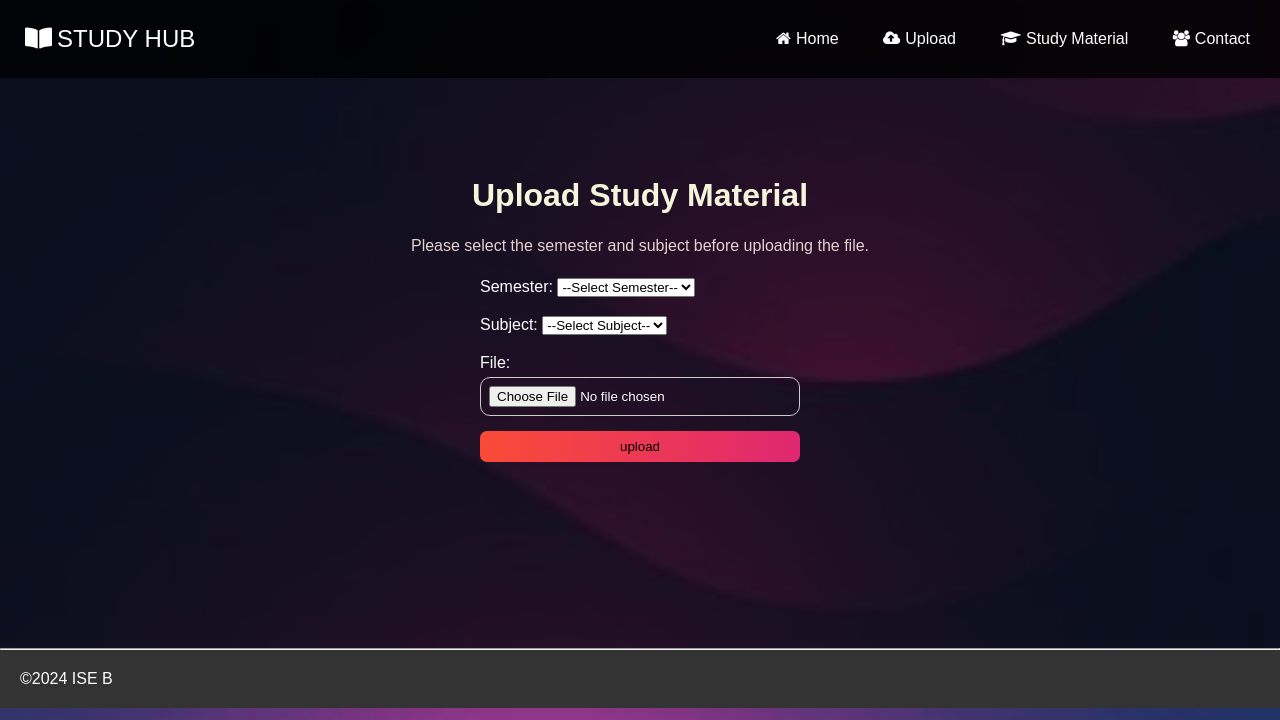
Repository: Acharya-Keerthana/Education
Page: upload.html
These files come from the project's save history. The page is drawn as it stood at one moment and after the next save; the edit follows.
The browser window is 1280 px wide. The pictures show the whole page.
Backgrounds fixed to the window are drawn as part of the page.

Above is the page before, as saved 2024-04-11 15:44:27.

After the next save:
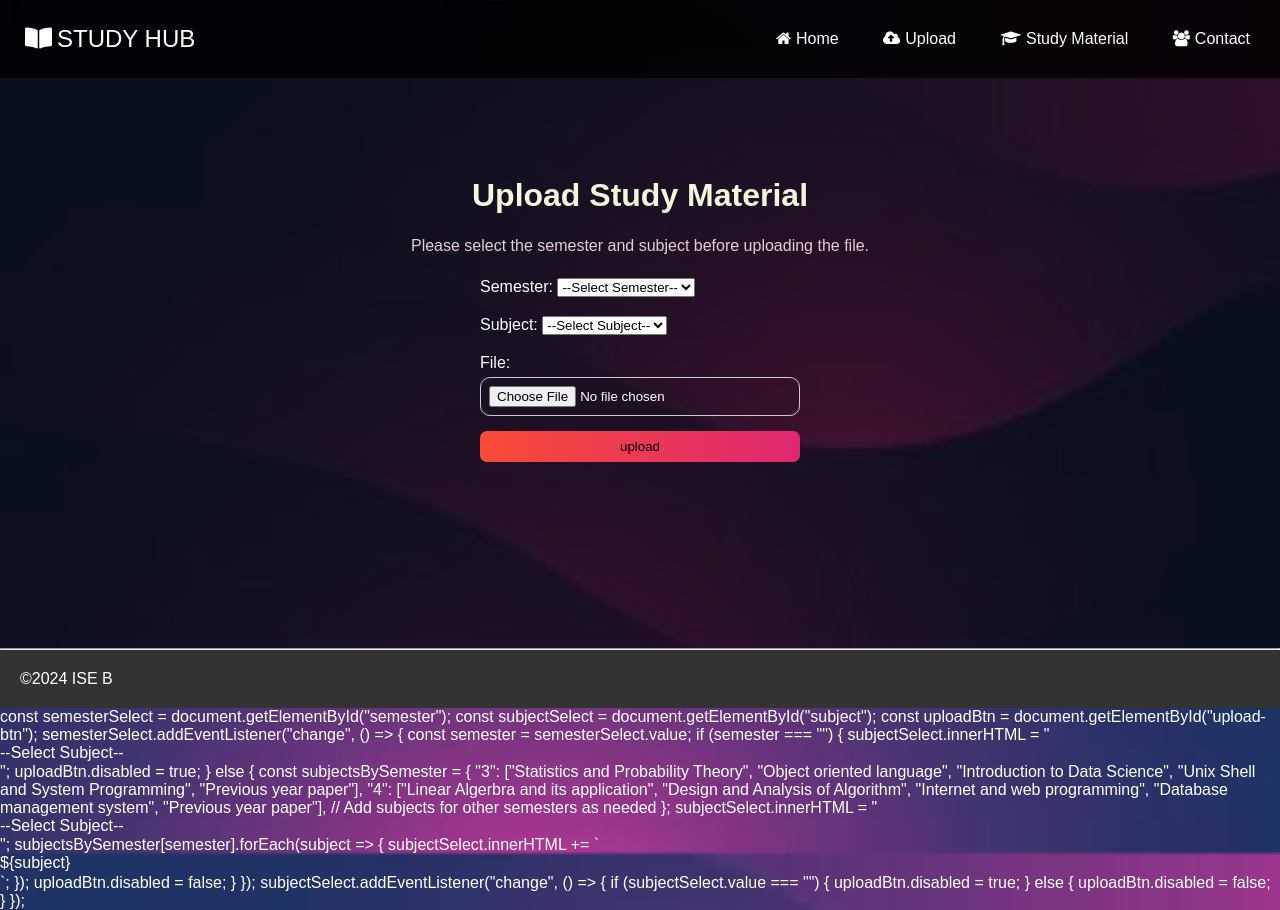
Saved 33 s later.
--- a/upload.html
+++ b/upload.html
@@ -57,6 +57,38 @@
     <footer>
     &copy;2024 ISE B
     </footer>
-<script src="upload.js"></script>
+
+    const semesterSelect = document.getElementById("semester");
+    const subjectSelect = document.getElementById("subject");
+    const uploadBtn = document.getElementById("upload-btn");
+
+    semesterSelect.addEventListener("change", () => {
+        const semester = semesterSelect.value;
+        if (semester === "") {
+            subjectSelect.innerHTML = "<option value=''>--Select Subject--</option>";
+            uploadBtn.disabled = true;
+        } else {
+            const subjectsBySemester = {
+                "3": ["Statistics and Probability Theory", "Object oriented language", "Introduction to Data Science", "Unix Shell and System Programming", "Previous year paper"],
+                "4": ["Linear Algerbra and its application", "Design and Analysis of Algorithm", "Internet and web programming", "Database management system", "Previous year paper"],
+                // Add subjects for other semesters as needed
+            };
+
+            subjectSelect.innerHTML = "<option value=''>--Select Subject--</option>";
+            subjectsBySemester[semester].forEach(subject => {
+                subjectSelect.innerHTML += `<option value="${subject}">${subject}</option>`;
+            });
+            uploadBtn.disabled = false;
+        }
+    });
+
+    subjectSelect.addEventListener("change", () => {
+        if (subjectSelect.value === "") {
+            uploadBtn.disabled = true;
+        } else {
+            uploadBtn.disabled = false;
+        }
+    });
+
 </body>
 </html>

After the save that followed:
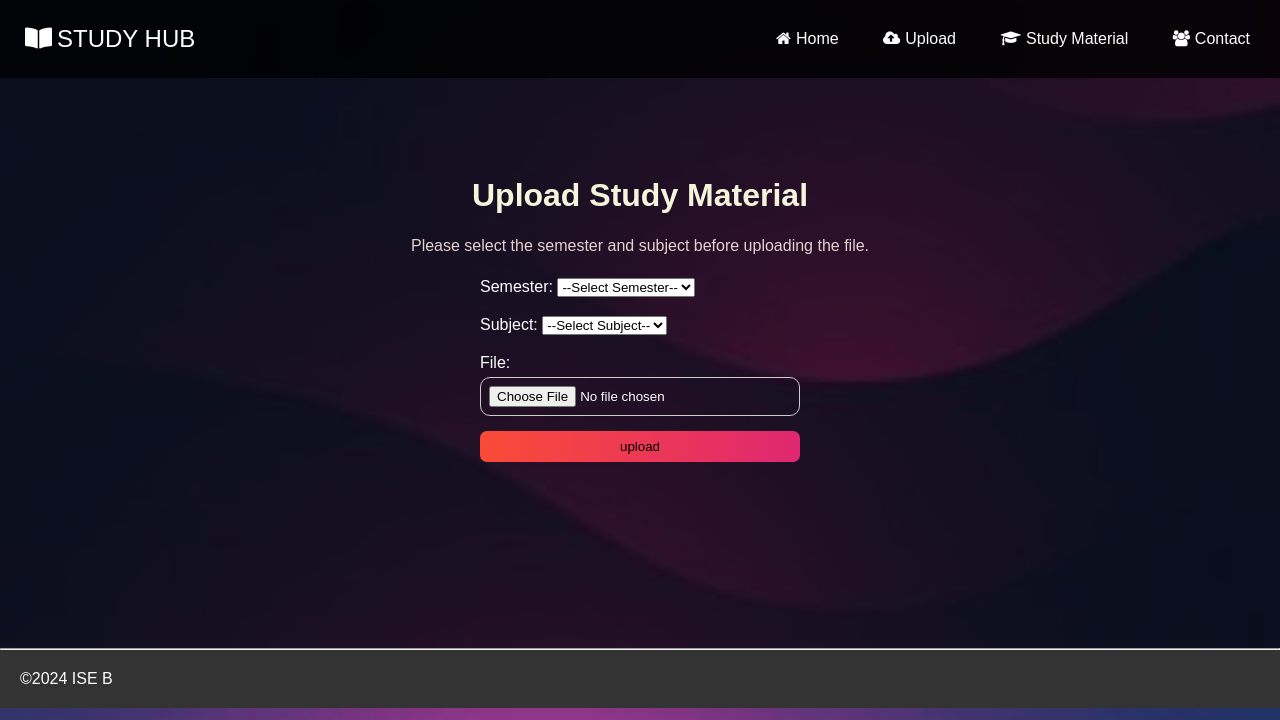
Saved 15 s later.
--- a/upload.html
+++ b/upload.html
@@ -57,7 +57,7 @@
     <footer>
     &copy;2024 ISE B
     </footer>
-
+<script>
     const semesterSelect = document.getElementById("semester");
     const subjectSelect = document.getElementById("subject");
     const uploadBtn = document.getElementById("upload-btn");
@@ -89,6 +89,6 @@
             uploadBtn.disabled = false;
         }
     });
-
+</script>
 </body>
 </html>
